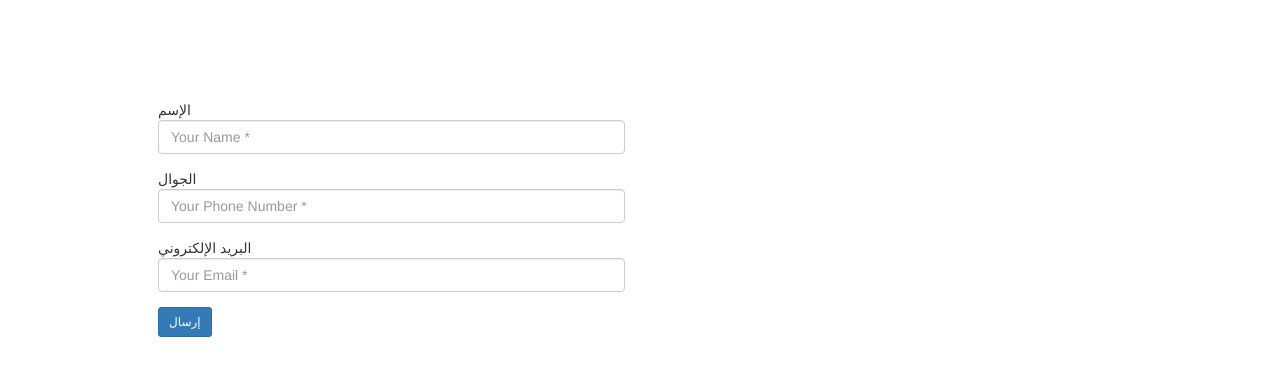
Repository: Abdaljawad-Aya/Itbeep-task
Page: http://localhost/form-user
The author's editor kept a copy of each file at every save. The page is drawn from the files as they stood at one save, then again after the next save.
The browser window is 1280 px wide. The pictures show the whole page.
The page is served by the project's Laravel application, run on PHP 8.4 with Laravel 8.

Above is the page before, as saved 2021-03-07 17:14:06.

After the next save:
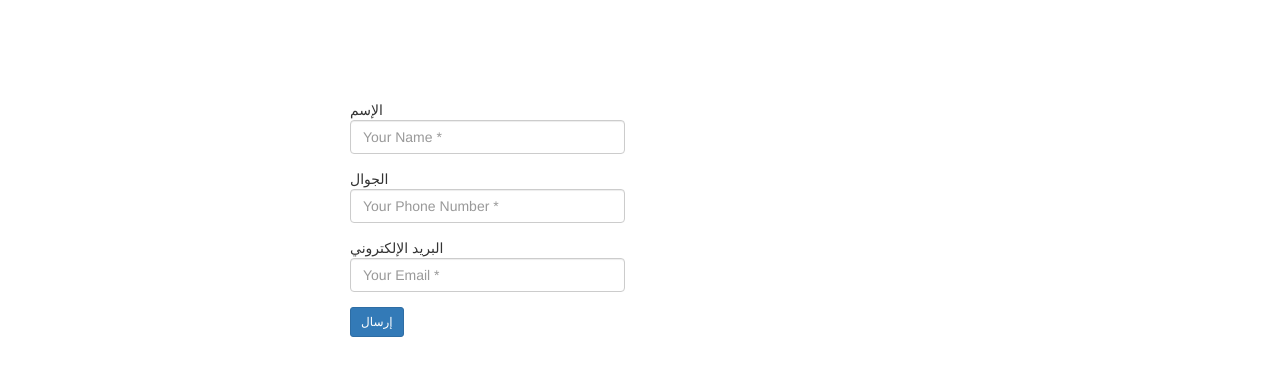
Saved 15 s later.
--- a/singlePageApp/style.css
+++ b/singlePageApp/style.css
@@ -1,4 +1,4 @@
 .container {
   margin: 0 auto;
-  width: 80%; /* value of your choice which suits your alignment */
+  width: 50%; /* value of your choice which suits your alignment */
 }
